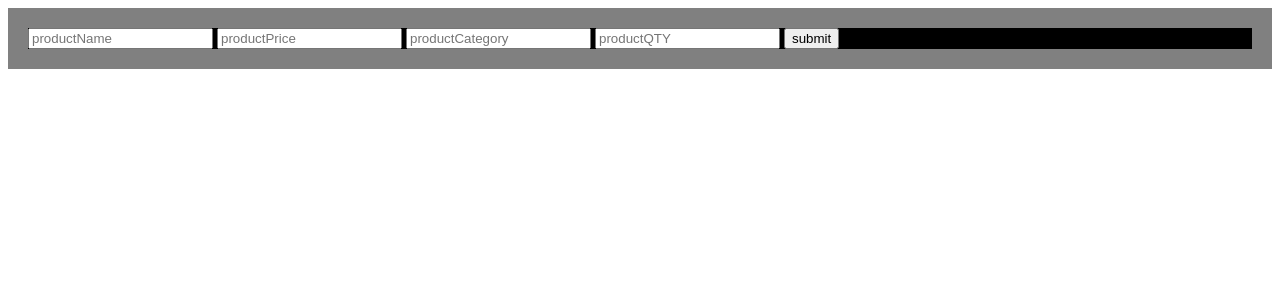
Repository: AbhishekPawshekar/Hibernate-Notes
Page: Convert_DynamicWebApplication_to_Maven/src/main/webapp/index.html
An editor plug-in stored every save of this project. The page is shown before and after the next save, followed by the edit.
The browser window is 1280 px wide. The pictures show the whole page.

Above is the page before, as saved 2024-03-16 04:14:41.

After the next save:
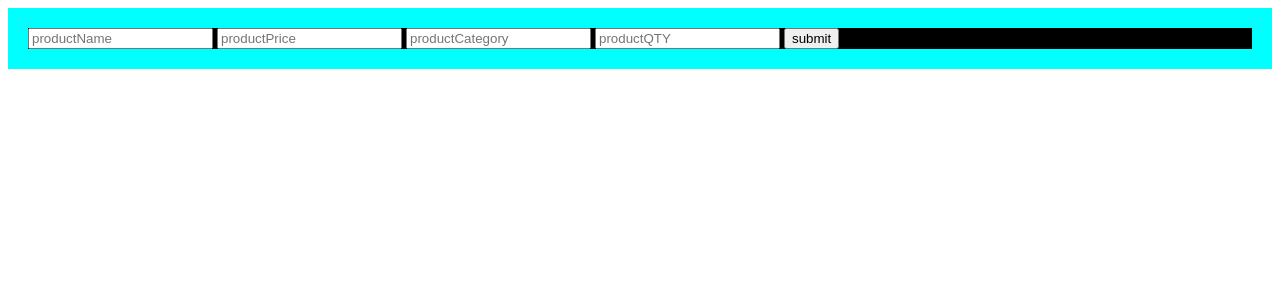
Saved 10 s later.
--- a/Convert_DynamicWebApplication_to_Maven/src/main/webapp/index.html
+++ b/Convert_DynamicWebApplication_to_Maven/src/main/webapp/index.html
@@ -6,7 +6,7 @@
 </head>
 <body>
 
-<form action="productinfo" method="" style=" background:black;color:white;border:20px solid grey; align-items:center;">
+<form action="productinfo" method="" style=" background:black;color:white;border:20px solid aqua; align-items:center;">
 <input type="text" placeholder="productName" name="pn"/>
 <input type="number" placeholder="productPrice" name="pp"/>
 <input type="text" placeholder="productCategory" name="pc"/>
